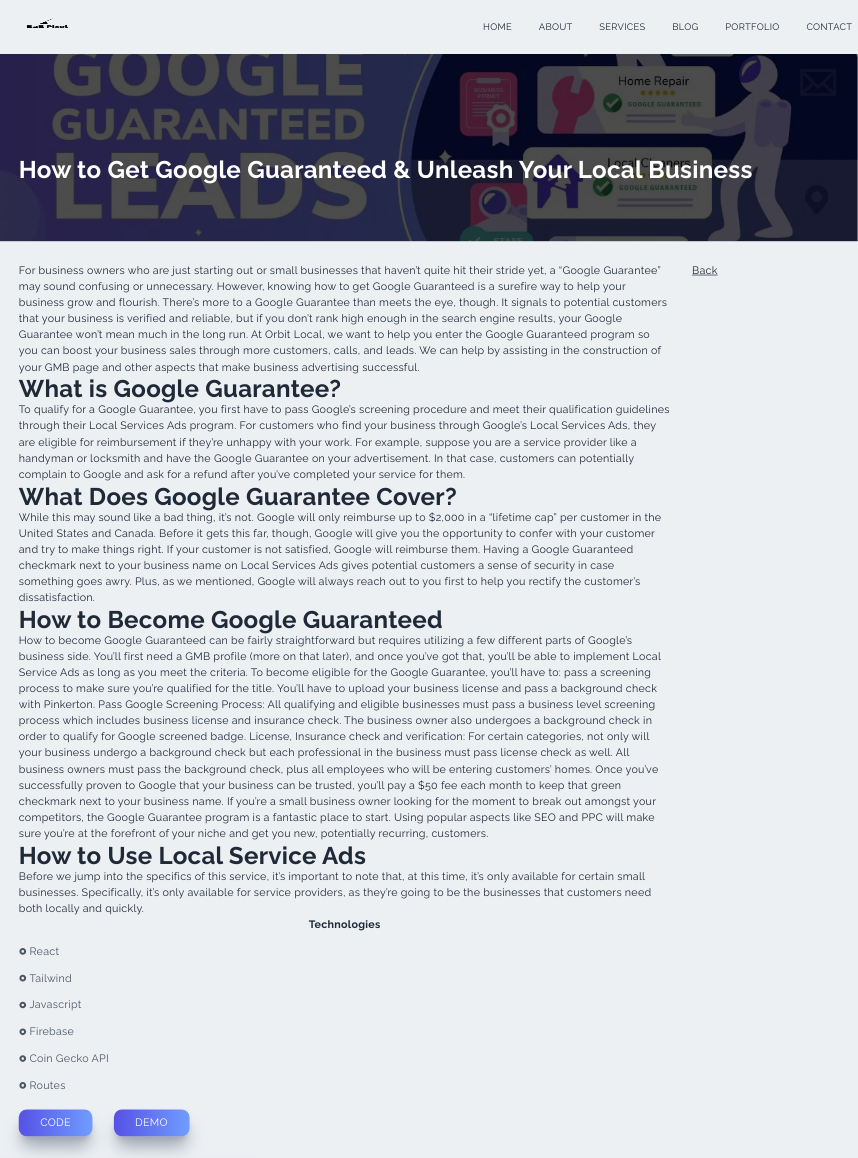
Repository: DID0101/nextjs.b2b
Page: /crypto
These files come from the project's save history. The page is drawn as it stood at one moment and after the next save; the edit follows.
The browser window is 1280 px wide. The pictures show the whole page, at 67% of full size.
The project was rebuilt for these pictures with package versions that can differ from the ones it lists, and the page was loaded fresh each time. The framework's server and built-in components were replaced by stand-ins that run in the browser. Also part of the build but not shown: next.config.js.

Above is the page before, as saved 2024-01-22 03:00:39.

After the next save:
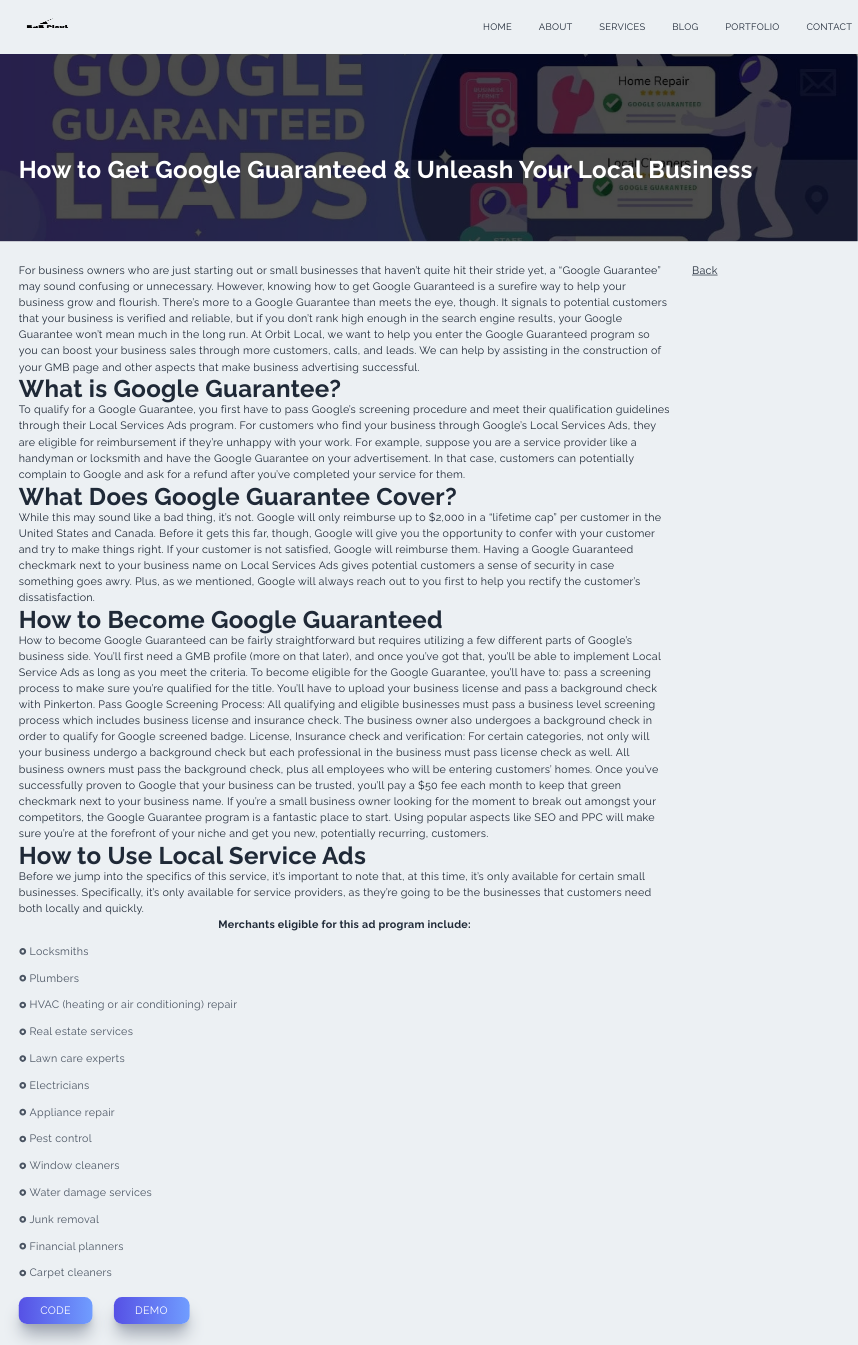
Saved 2 min 56 s later.
--- a/pages/crypto.jsx
+++ b/pages/crypto.jsx
@@ -57,24 +57,47 @@
 If you’re a small business owner looking for the moment to break out amongst your competitors, the Google Guarantee program is a fantastic place to start. Using popular aspects like SEO and PPC will make sure you’re at the forefront of your niche and get you new, potentially recurring, customers.</p>
 <h2>How to Use Local Service Ads</h2>
 <p>Before we jump into the specifics of this service, it’s important to note that, at this time, it’s only available for certain small businesses. Specifically, it’s only available for service providers, as they’re going to be the businesses that customers need both locally and quickly.</p>
-<p className='text-center font-bold pb-2'>Technologies</p>
+<p className='text-center font-bold pb-2'>Merchants eligible for this ad program include:</p>
 <p className='text-gray-600 py-2 flex items-center'>
-                <RiRadioButtonFill className='pr-1' /> React
+                <RiRadioButtonFill className='pr-1' /> Locksmiths
               </p>
               <p className='text-gray-600 py-2 flex items-center'>
-                <RiRadioButtonFill className='pr-1' /> Tailwind
+                <RiRadioButtonFill className='pr-1' /> Plumbers
               </p>
               <p className='text-gray-600 py-2 flex items-center'>
-                <RiRadioButtonFill className='pr-1' /> Javascript
+                <RiRadioButtonFill className='pr-1' /> HVAC (heating or air conditioning) repair
               </p>
               <p className='text-gray-600 py-2 flex items-center'>
-                <RiRadioButtonFill className='pr-1' /> Firebase
+                <RiRadioButtonFill className='pr-1' /> Real estate services
+
               </p>
               <p className='text-gray-600 py-2 flex items-center'>
-                <RiRadioButtonFill className='pr-1' /> Coin Gecko API
+                <RiRadioButtonFill className='pr-1' /> Lawn care experts
+
               </p>
               <p className='text-gray-600 py-2 flex items-center'>
-                <RiRadioButtonFill className='pr-1' /> Routes
+                <RiRadioButtonFill className='pr-1' /> Electricians
+              </p>
+              <p className='text-gray-600 py-2 flex items-center'>
+                <RiRadioButtonFill className='pr-1' /> Appliance repair
+              </p>
+              <p className='text-gray-600 py-2 flex items-center'>
+                <RiRadioButtonFill className='pr-1' /> Pest control
+              </p>
+              <p className='text-gray-600 py-2 flex items-center'>
+                <RiRadioButtonFill className='pr-1' /> Window cleaners
+              </p>
+              <p className='text-gray-600 py-2 flex items-center'>
+                <RiRadioButtonFill className='pr-1' /> Water damage services
+              </p>
+              <p className='text-gray-600 py-2 flex items-center'>
+                <RiRadioButtonFill className='pr-1' /> Junk removal
+              </p>
+              <p className='text-gray-600 py-2 flex items-center'>
+                <RiRadioButtonFill className='pr-1' /> Financial planners
+              </p>
+              <p className='text-gray-600 py-2 flex items-center'>
+                <RiRadioButtonFill className='pr-1' /> Carpet cleaners
               </p>
           <a
             href='https://github.com/fireclint/crypto-react-firebase'
